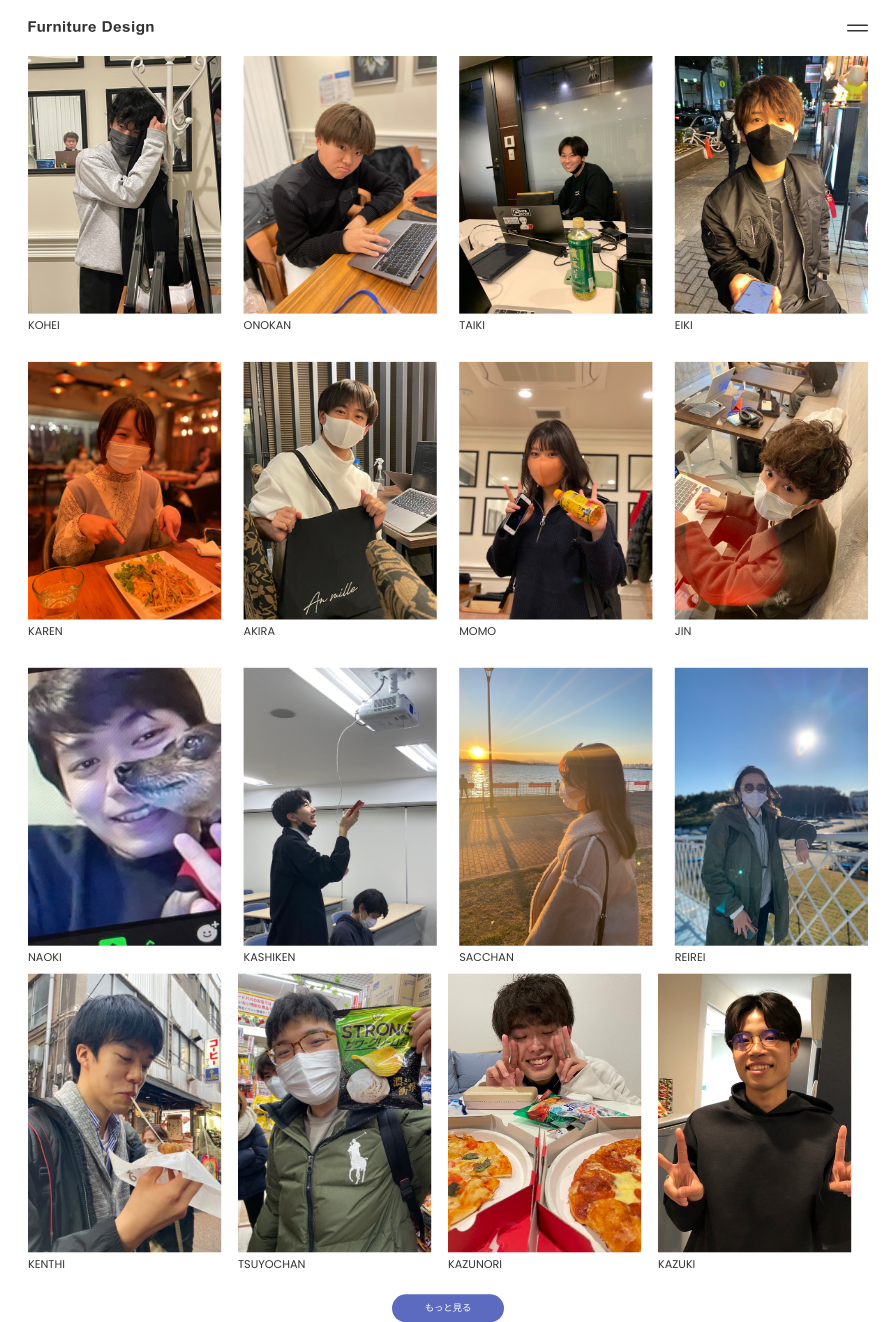
Repository: kohei23n/tenfeet
Page: index.html
An editor plug-in stored every save of this project. The page is shown before and after the next save, followed by the edit.
The browser window is 1280 px wide. The pictures show the whole page, at 70% of full size.

Above is the page before, as saved 2022-02-09 01:31:17.

After the next save:
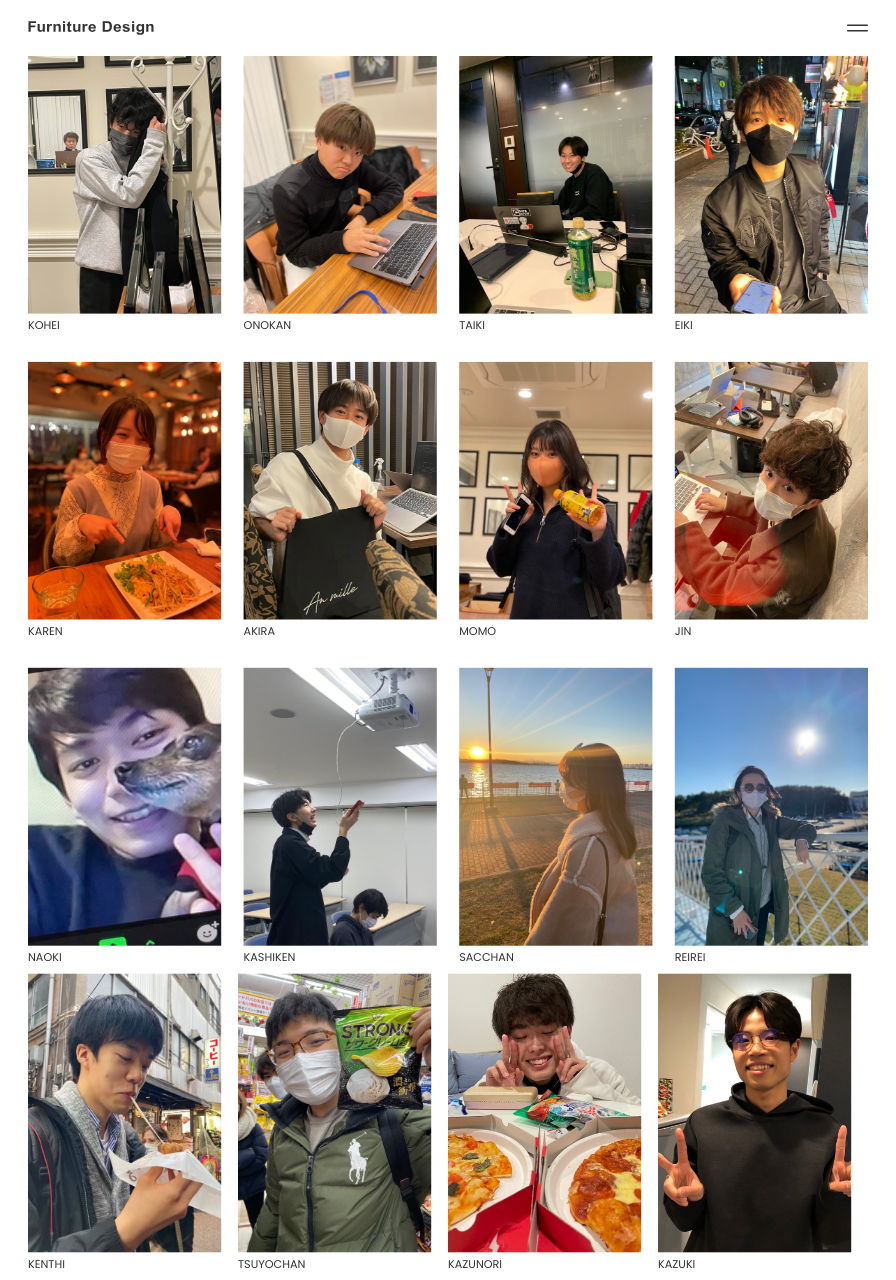
Saved 58 s later.
--- a/index.html
+++ b/index.html
@@ -95,9 +95,9 @@
       </ul>
     </div>
 
-    <div class="more">
+    <!-- <div class="more">
       <button>もっと見る</button>
-  </div>
+  </div> -->
 
     <script src="/main.js"></script>
   </body>
